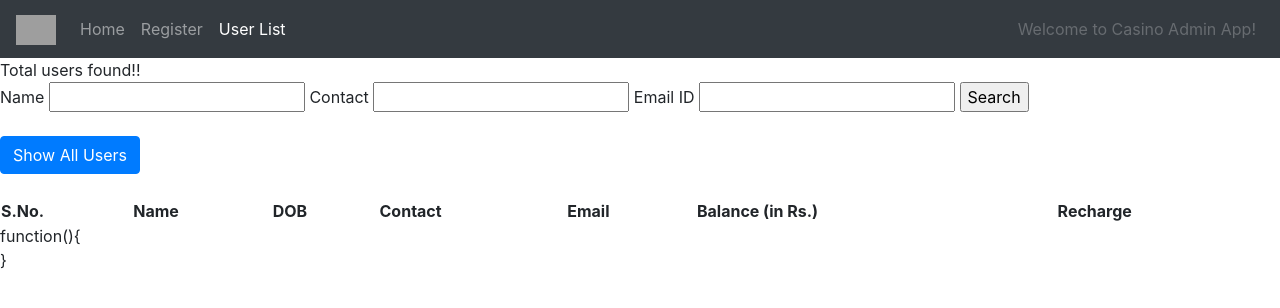
Repository: piyushrulesyou/CasinoGameApplication
Page: http://localhost/adminPanel/UsersList.jsp
An editor plug-in stored every save of this project. The page is shown before and after the next save, followed by the edit.
The browser window is 1280 px wide. The pictures show the whole page.
Pictures or frames that could not be fetched are drawn as grey boxes. The page is served by Tomcat 9. Nobody is signed in. The application's start-up code is not run. Other server files are loaded and not shown.

Above is the page before, as saved 2019-11-01 07:02:31.

### AdminPanel/adminPanel/src/main/webapp/UsersList.jsp
<%@ taglib prefix="c" uri="http://java.sun.com/jsp/jstl/core"%>

<%@ page language="java" contentType="text/html; charset=ISO-8859-1"
	pageEncoding="ISO-8859-1" isELIgnored="false"%>

<!DOCTYPE html>
<html>
<head>
<title>UsersList</title>
<meta charset="utf-8">

<meta name="viewport" content="width=device-width, initial-scale=1">


<link rel="stylesheet"
	href="https://maxcdn.bootstrapcdn.com/bootstrap/4.3.1/css/bootstrap.min.css">
<script
	src="https://ajax.googleapis.com/ajax/libs/jquery/3.4.1/jquery.min.js"></script>
<script
	src="https://cdnjs.cloudflare.com/ajax/libs/popper.js/1.14.7/umd/popper.min.js"></script>
<script
	src="https://maxcdn.bootstrapcdn.com/bootstrap/4.3.1/js/bootstrap.min.js"></script>
</head>
<body>

	<nav class="navbar navbar-expand-sm bg-dark navbar-dark">
		<!-- 	<nav class="navbar navbar-expand-sm navbar-light bg-faded"> -->
		<a class="navbar-brand" href="index.jsp"> <img
			src="https://www.slotnite.com/images/sliders/livecasino/casino1.png"
			alt="logo" style="width: 40px;">
		</a>

		<!-- Links -->
		<ul class="navbar-nav mr-auto">
			<li class="nav-item"><a class="nav-link" href="index.jsp">Home</a></li>
			<li class="nav-item"><a class="nav-link" href="register">Register</a></li>
			<li class="nav-item"><a class="nav-link active" href="">User
					List</a></li>
		</ul>
		<ul class="navbar-nav">
			<li class="nav-item"><span class="nav-link disabled">Welcome
					to Casino Admin App!</span></li>
		</ul>
	</nav>

	Total ${listOfUsers.size()} users found!!

	<form action="filterUsers" method="post">
		Name <input type="text" id="filterName" name="filterName">
		Contact <input type="number" id="filterContact" name="filterContact">
		Email ID <input type="text" id="filterEMail" name="filterEMail">
		<input type="submit" value="Search">
	</form>
	<br>

	<a href="showUsers"><button class="btn btn-primary">Show
			All Users</button></a>

	<c:if test="${listOfUsers.size() == 0}">
		<div class="alert alert-danger">No Users Found!!</div>
	</c:if>

	<br>
	<br>

	<c:if test="${listOfUsers.size() != 0}">

		<table width="100%" class="w3-table-all w3-centered">
			<tr>
				<th>S.No.</th>
				<th>Name</th>
				<th>DOB</th>
				<th>Contact</th>
				<th>Email</th>
				<th>Balance (in Rs.)</th>
				<th>Recharge</th>
			</tr>

			<c:forEach items="${listOfUsers}" var="eachUser">

				<tr>
					<td>i</td>
					<td>${eachUser.customerName}</td>
					<td>${eachUser.dateOfBirth}</td>
					<td>${eachUser.contactNumber}</td>
					<td>${eachUser.emailID}</td>
					<td>${eachUser.accountBalance}</td>
					<td><a href="recharge.jsp">Recharge</a></td>

					<!-- 				<td><a -->
					<%-- 					href="edit?employeeCode=${item.employeeCode}&hrName=${hrName}"><button --%>
					<!-- 							class="buttonEdit">Edit</button></a> <a -->
					<%-- 					href="delete?employeeName=${item.employeeName}&employeeCode=${item.employeeCode}&hrName=${hrName}"><button --%>
					<!-- 							class="buttonDelete">Delete</button></a></td> -->

				</tr>
			</c:forEach>
		</table>
	</c:if>






	function(){


	<div class="container">
		<!-- Button to Open the Modal -->
		<!--   <button type="button" class="btn btn-primary" data-toggle="modal" data-target="#myModal"> -->
		<!--     Open modal -->
		<!--   </button> -->

		<!-- The Modal -->
		<div class="modal" id="myModal">
			<div class="modal-dialog">
				<div class="modal-content">

					<!-- Modal Header -->
					<div class="modal-header">
						<h4 class="modal-title">Recharge Balance</h4>
						<button type="button" class="close" data-dismiss="modal">&times;</button>
					</div>

					<!-- Modal body -->
					<div class="modal-body">
						Amount    Rs.

						<input type="hidden" value="">

						 <input
							type="text" name="rechargeAmount" id="rechargeAmount">
					</div>

					<!-- Modal footer -->
					<div class="modal-footer">
						<button type="button" class="btn btn-primary" data-dismiss="modal">Recharge</button>
					</div>

				</div>
			</div>
		</div>

	</div>



	}




</body>
</html>

After the next save:
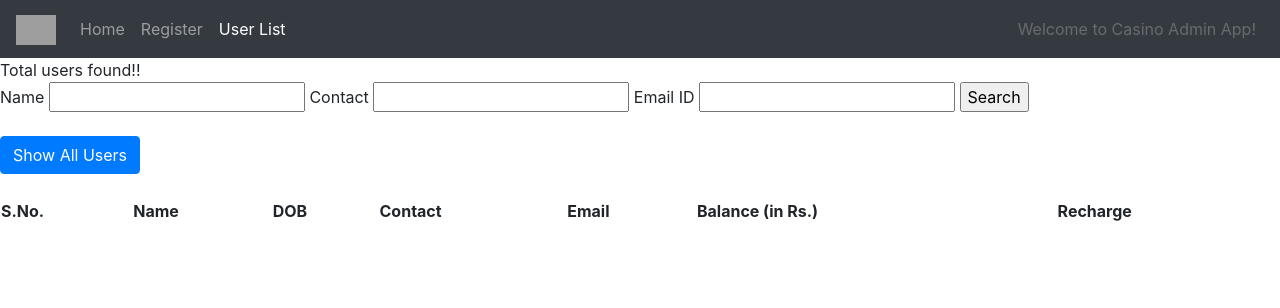
Saved 62 s later.
--- a/AdminPanel/adminPanel/src/main/webapp/UsersList.jsp
+++ b/AdminPanel/adminPanel/src/main/webapp/UsersList.jsp
@@ -103,50 +103,6 @@
 
 
 
-	function(){
-
-
-	<div class="container">
-		<!-- Button to Open the Modal -->
-		<!--   <button type="button" class="btn btn-primary" data-toggle="modal" data-target="#myModal"> -->
-		<!--     Open modal -->
-		<!--   </button> -->
-
-		<!-- The Modal -->
-		<div class="modal" id="myModal">
-			<div class="modal-dialog">
-				<div class="modal-content">
-
-					<!-- Modal Header -->
-					<div class="modal-header">
-						<h4 class="modal-title">Recharge Balance</h4>
-						<button type="button" class="close" data-dismiss="modal">&times;</button>
-					</div>
-
-					<!-- Modal body -->
-					<div class="modal-body">
-						Amount    Rs.
-
-						<input type="hidden" value="">
-
-						 <input
-							type="text" name="rechargeAmount" id="rechargeAmount">
-					</div>
-
-					<!-- Modal footer -->
-					<div class="modal-footer">
-						<button type="button" class="btn btn-primary" data-dismiss="modal">Recharge</button>
-					</div>
-
-				</div>
-			</div>
-		</div>
-
-	</div>
-
-
-
-	}
 
 
 
